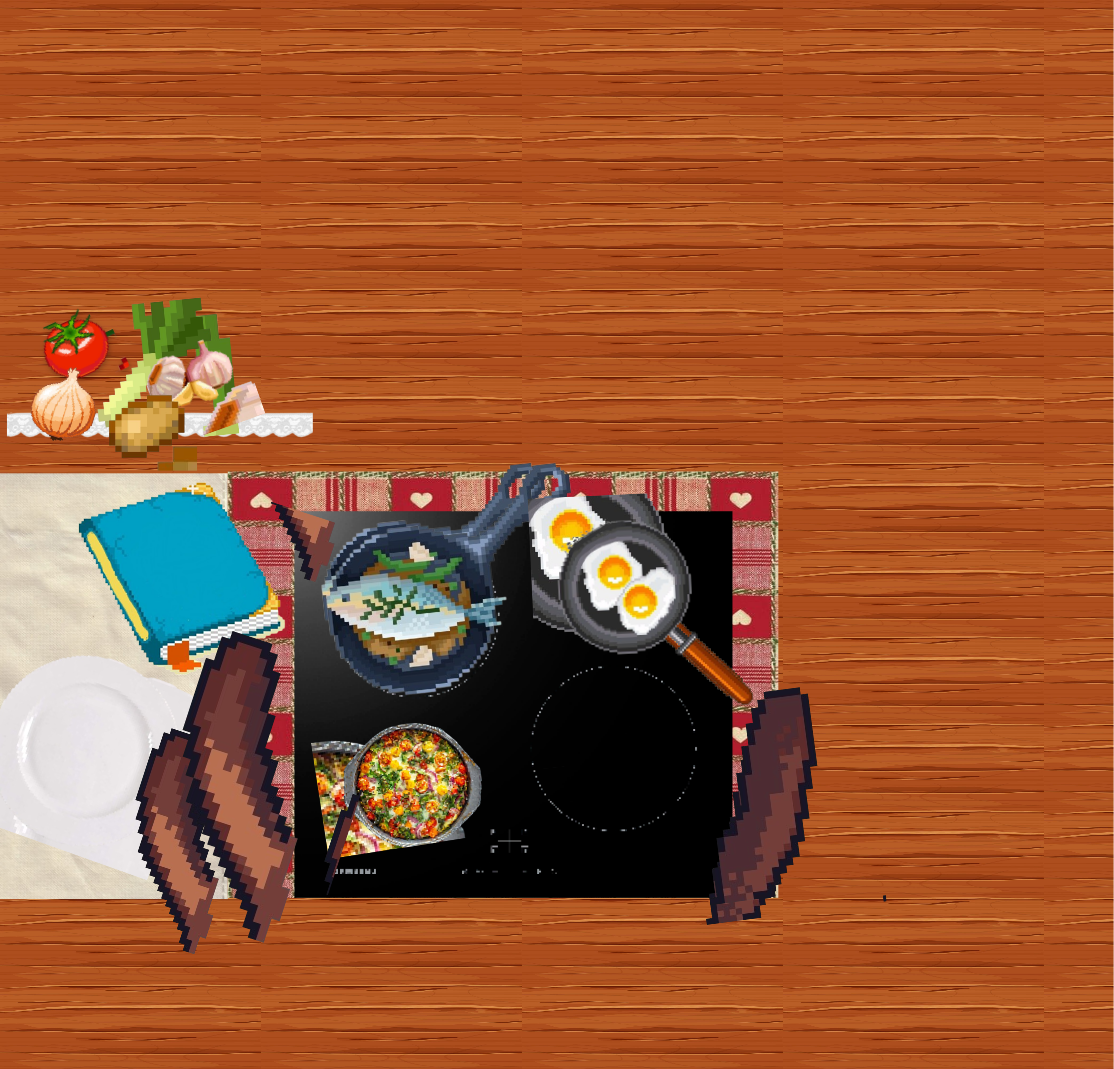
Repository: AJamdonuts/ToddyTalks
Page: playingaround2/pages/chefsujin.html
An editor plug-in stored every save of this project. The page is shown before and after the next save, followed by the edit.
The browser window is 1280 px wide. The pictures show the whole page, at 87% of full size.

Above is the page before, as saved 2025-11-26 20:30:23.

After the next save:
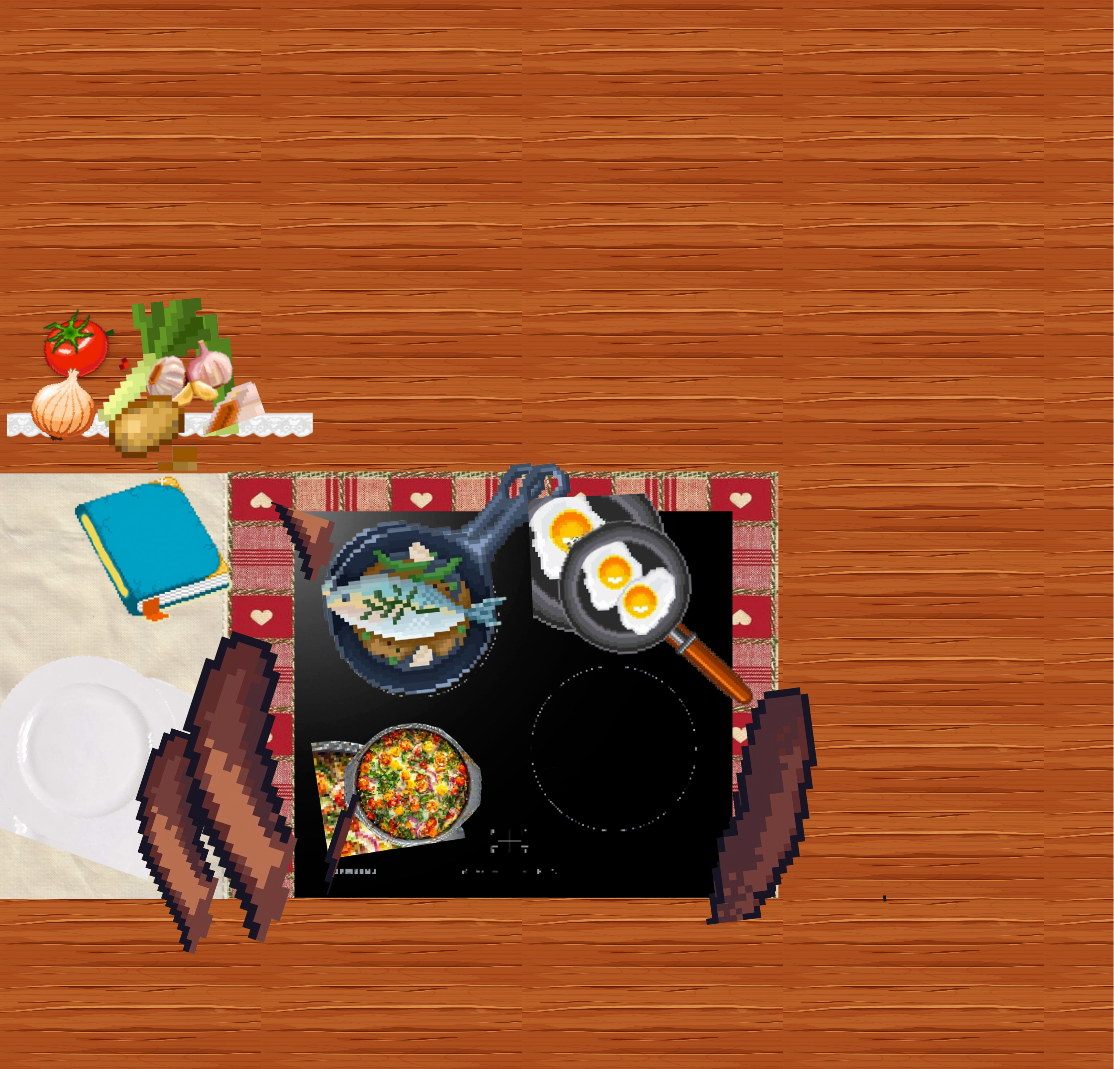
Saved 48 s later.
--- a/playingaround2/styles/chefsujin.css
+++ b/playingaround2/styles/chefsujin.css
@@ -78,8 +78,8 @@ body {
 
 .recipebook {
     position: absolute;
-    width: 392px;
-    height: 392px;
+    width: 300px;
+    height: 300px;
     left: 90px;
     top: 302px;
 }
